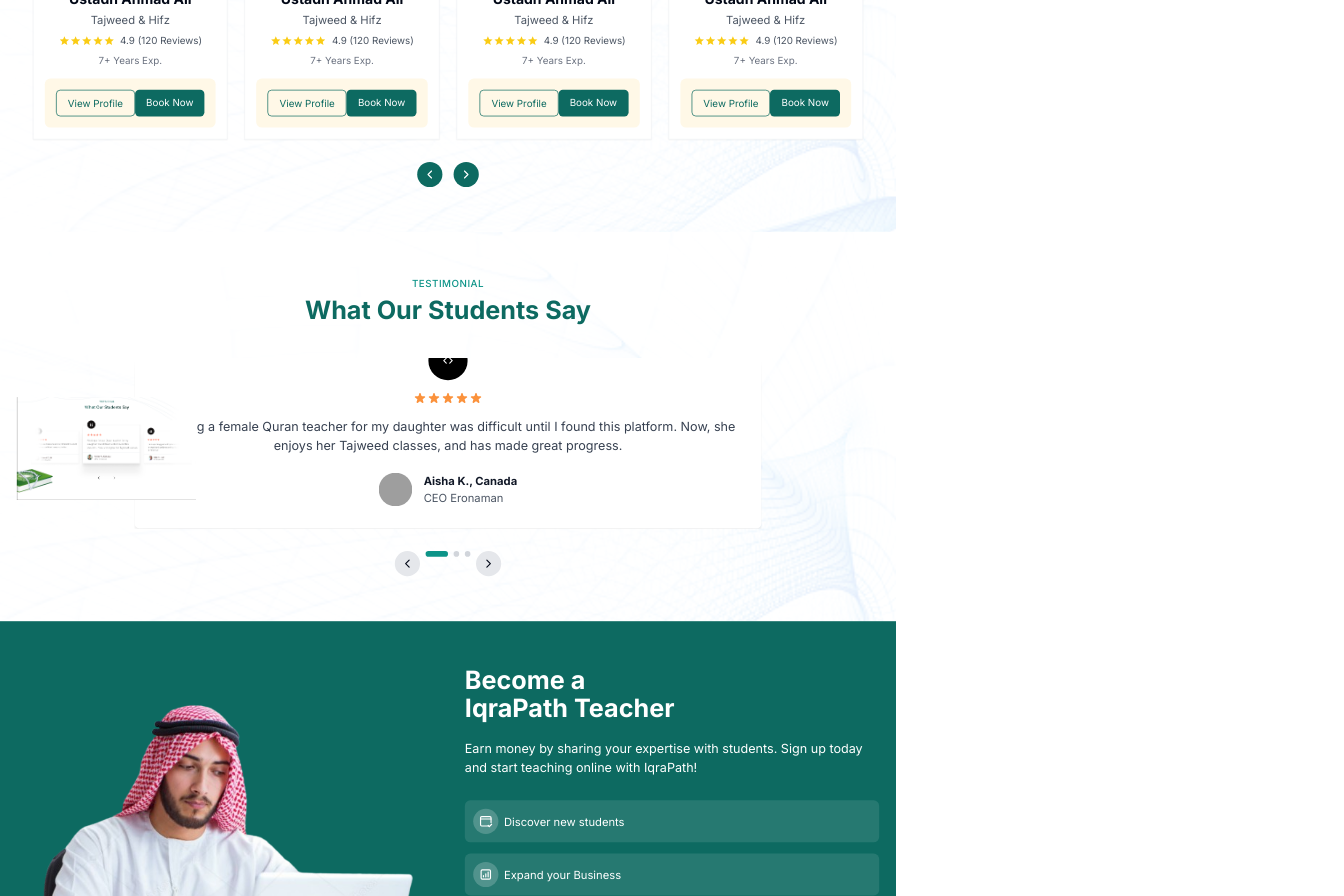
Repository: tafolabi009/originalq
Page: /
These files come from the project's save history. The page is drawn as it stood at one moment and after the next save; the edit follows.
The browser window is 1280 px wide. The page is 1984 px wide, so the pictures cover 1920 px, including what lies to the right of the window. The pictures show the part of the page from y = 2195 to 3475 px (the page is 5023 px tall), at 70% of full size.
Pictures or frames that could not be fetched are drawn as grey boxes. The page's requests for data from a server got no answer. The project was rebuilt for these pictures with package versions that can differ from the ones it lists, and the page was loaded fresh each time. The framework's server and built-in components were replaced by stand-ins that run in the browser. No one was signed in, and anything a server would have sent is missing. Also part of the build but not shown: next.config.mjs.

Above is the page before, as saved 2025-03-28 15:56:56.

After the next save:
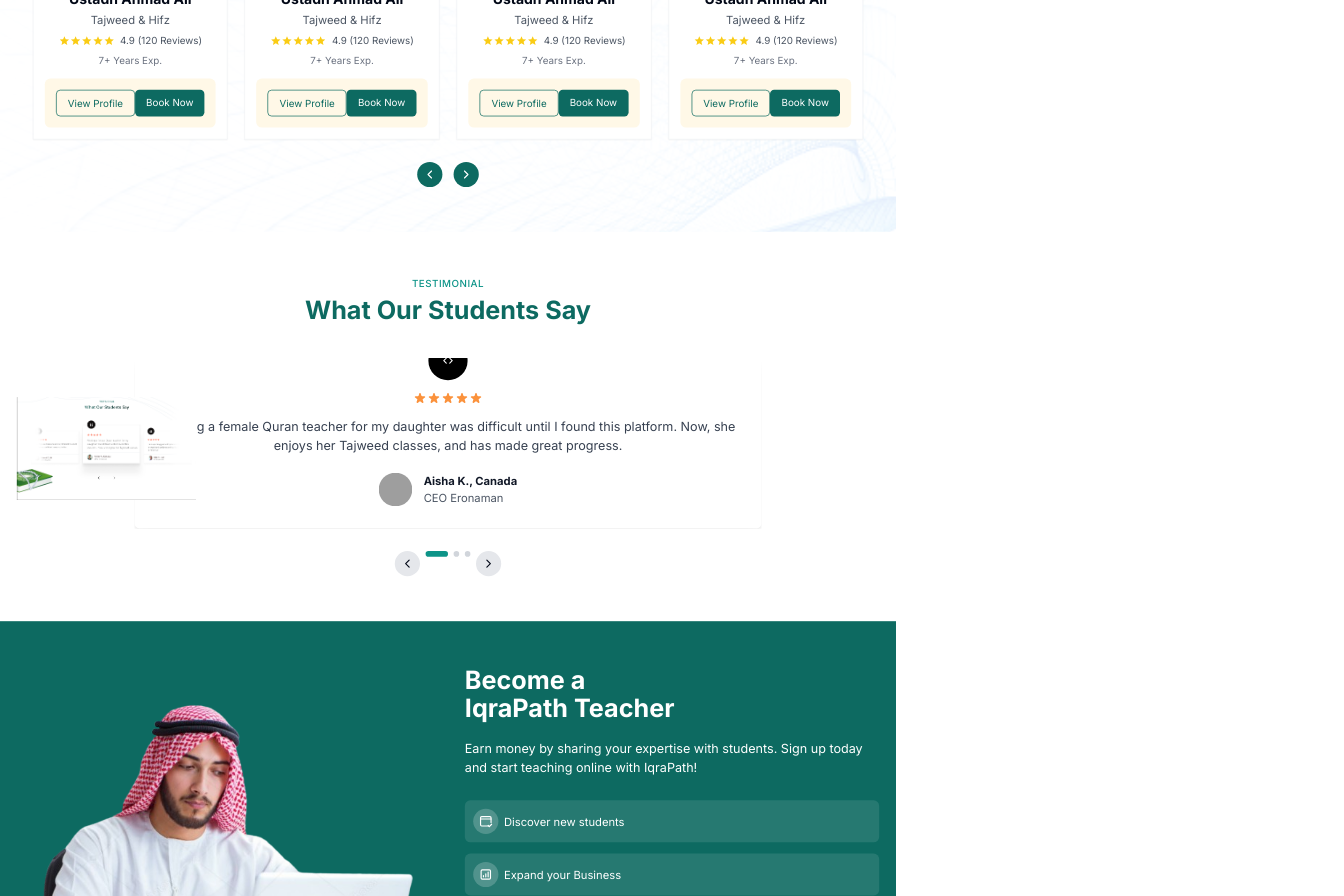
Saved 7 min 27 s later.
--- a/components/home/testimonials-section.tsx
+++ b/components/home/testimonials-section.tsx
@@ -49,14 +49,7 @@
   return (
     <section ref={ref} className="py-16 px-6 bg-white relative">
       {/* Background pattern */}
-      <div className="absolute inset-0 z-0">
-        <Image
-          src="/images/background-pattern.jpeg"
-          alt="Background Pattern"
-          fill
-          className="object-cover opacity-10"
-        />
-      </div>
+
 
       <div className="max-w-7xl mx-auto relative z-10">
         <div className="text-center mb-12">

After the 2 saves that followed:
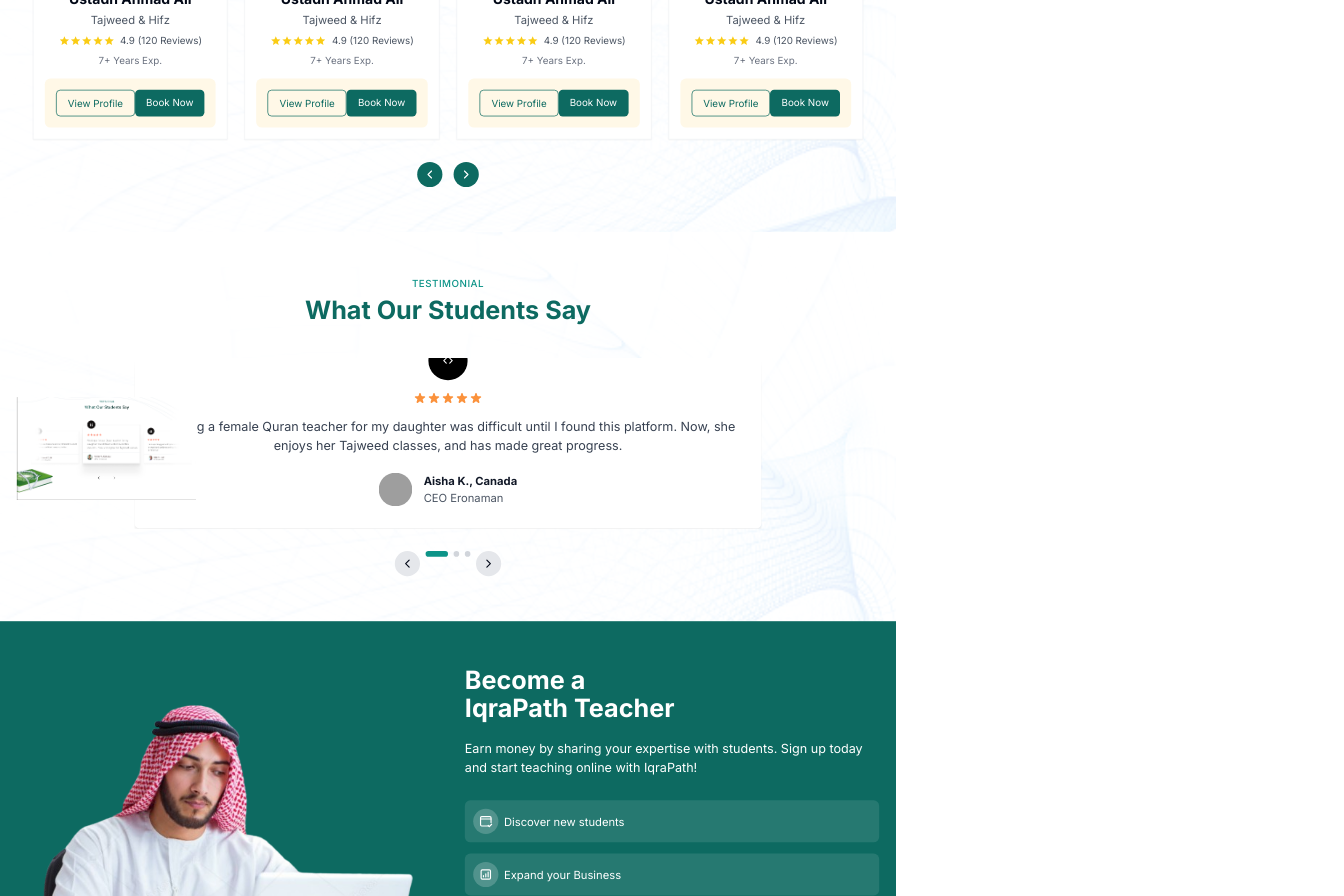
The 2 saves are shown as one change because 1 did not build or start.
The last was saved 8 s later.
--- a/components/home/testimonials-section.tsx
+++ b/components/home/testimonials-section.tsx
@@ -49,7 +49,14 @@
   return (
     <section ref={ref} className="py-16 px-6 bg-white relative">
       {/* Background pattern */}
-
+      <div className="absolute inset-0 z-0">
+        <Image
+          src="/images/background-pattern.jpeg"
+          alt="Background Pattern"
+          fill
+          className="object-cover opacity-10"
+        />
+      </div>
 
       <div className="max-w-7xl mx-auto relative z-10">
         <div className="text-center mb-12">
